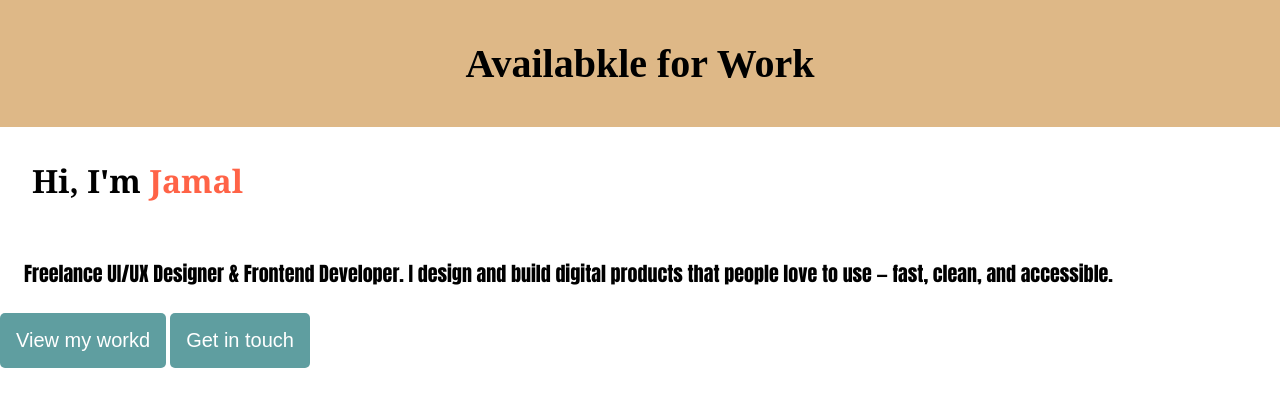
Repository: jamalissef-glitch/exercise1-JS
Page: Exercise33/index.html
The author's editor kept a copy of each file at every save. The page is drawn from the files as they stood at one save, then again after the next save.
The browser window is 1280 px wide. The pictures show the whole page.

Above is the page before, as saved 2026-07-14 17:45:14.

After the next save:
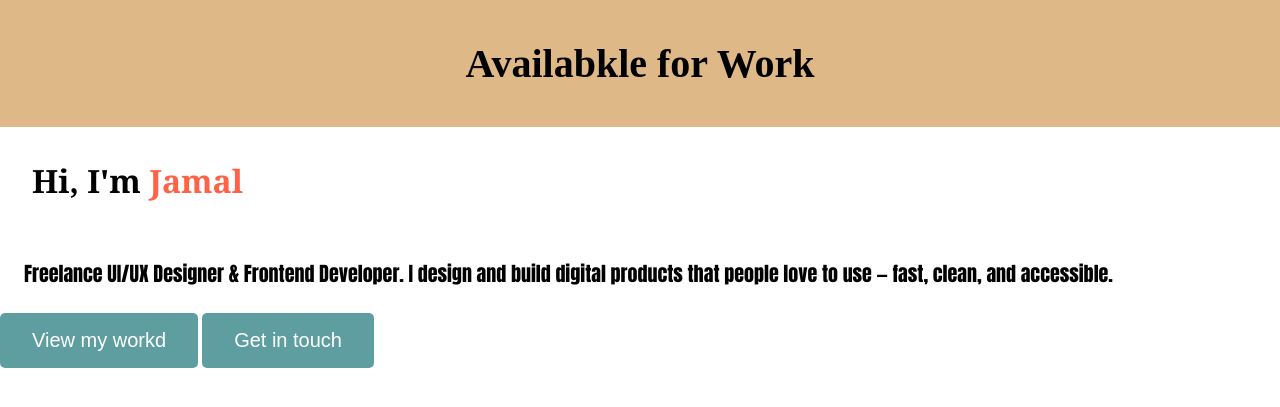
Saved 11 s later.
--- a/Exercise33/index.html
+++ b/Exercise33/index.html
@@ -43,7 +43,7 @@
 
  button {
 
-  padding: 1rem;
+  padding: 1rem 2rem;
   background-color: cadetblue;
   border: none;
   border-radius: 5px;
